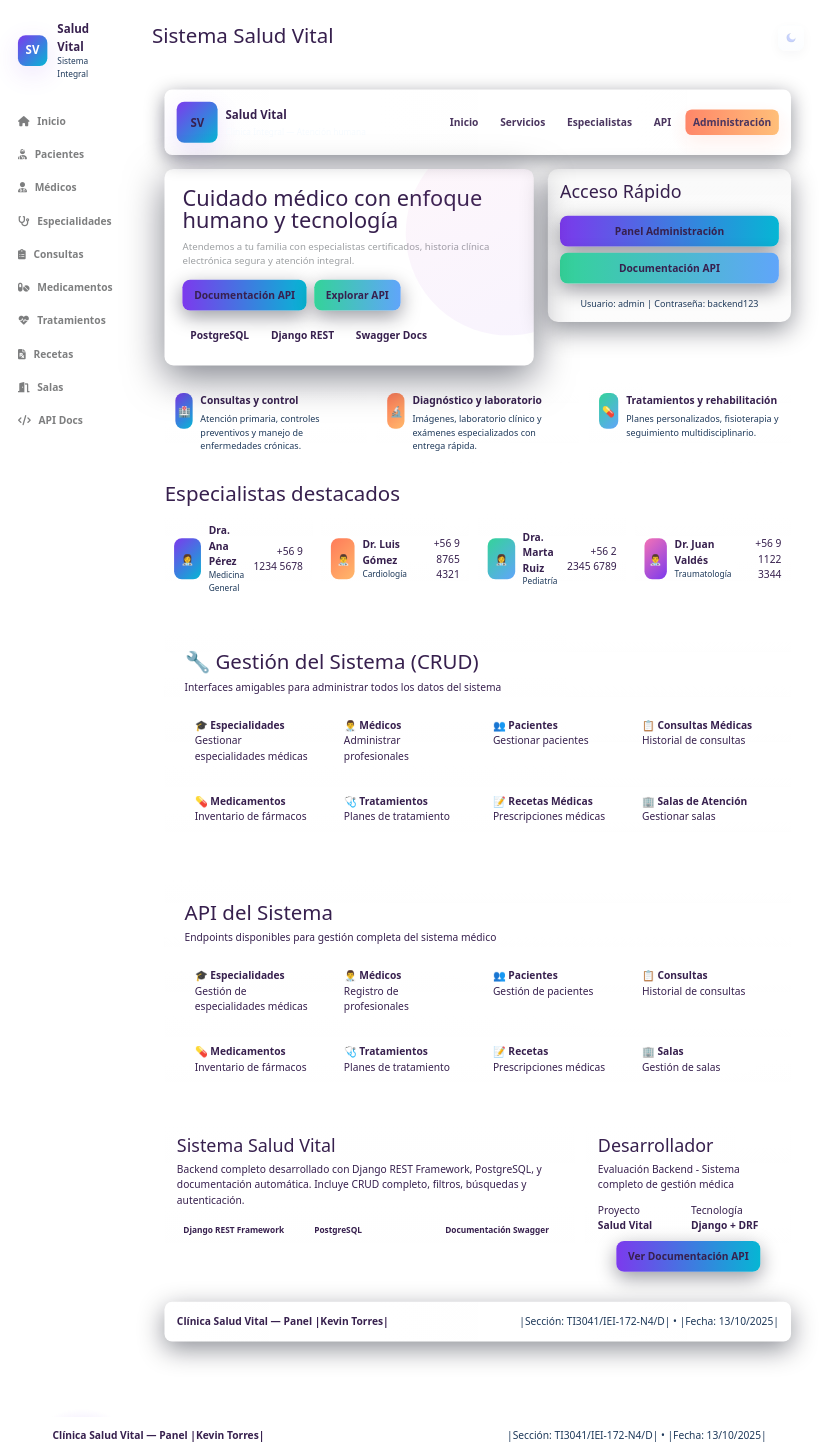
Repository: KeviNozh/eva2_clinica
Page: templates/index.html
The author's editor kept a copy of each file at every save. The page is drawn from the files as they stood at one save, then again after a run of saves.
The browser window is 1280 px wide. The pictures show the whole page, at 64% of full size.
The template is drawn by Django 5.2. The application's start-up code is not run. The template is opened directly, without the code that normally fills it, so the values that code supplies are empty.

Above is the page before, as saved 2025-10-16 00:20:27.

After the next 2 saves:
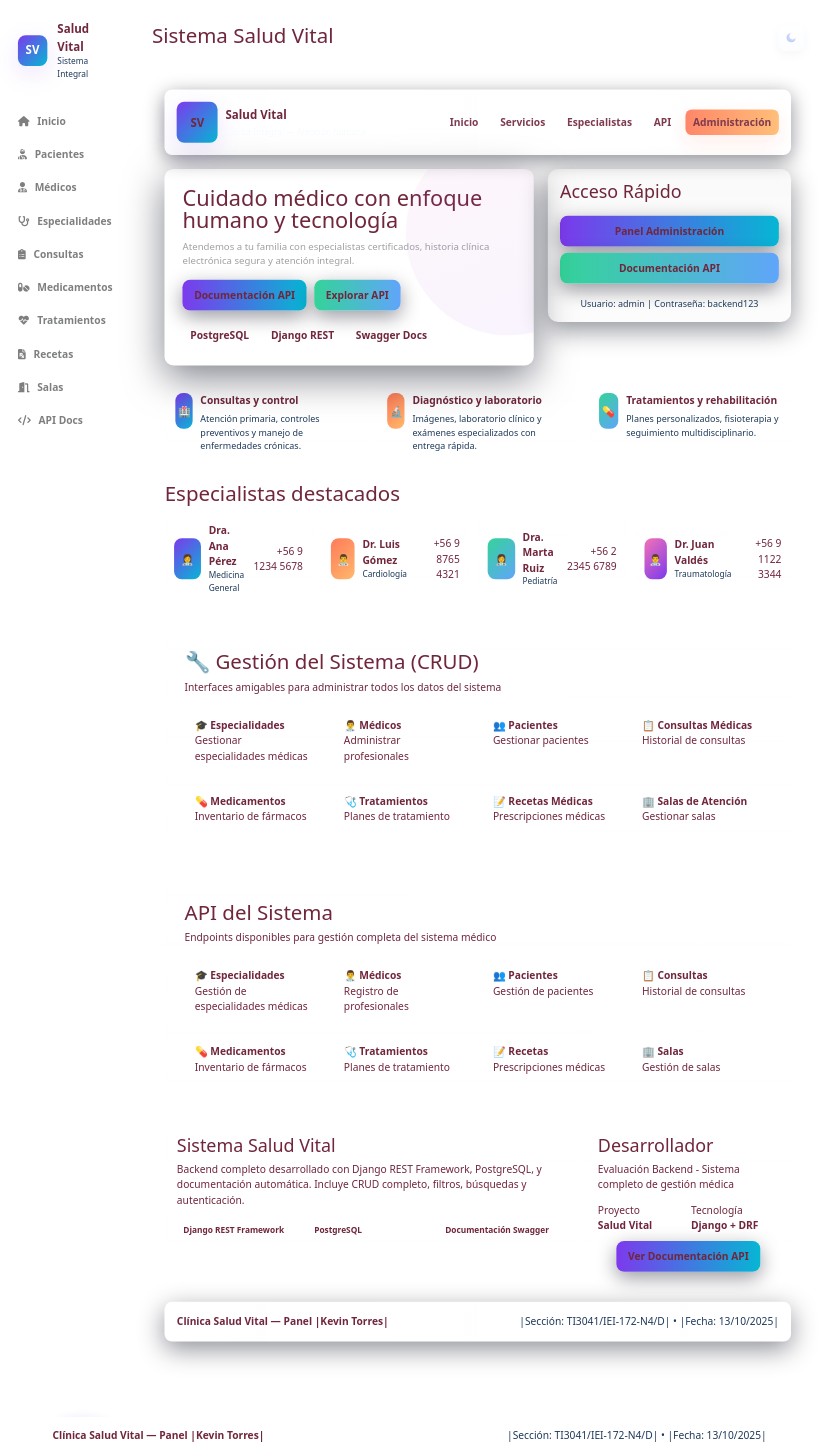
The 2 saves are shown as one change because they came seconds apart.
The last was saved 26 s later.
--- a/templates/index.html
+++ b/templates/index.html
@@ -15,7 +15,7 @@
     --soft-bg:#f6fbff;          /* paneles claros */
     --glass: rgba(224, 255, 246, 0.06);
     --muted:#1e395a;
-    --white: #37204eff;
+    --white: #70263bff;
 
     --c1-start:#7c3aed; --c1-end:#06b6d4;   /* morado -> cian */
     --c2-start:#ff7a59; --c2-end:#ffb86b;   /* naranja -> amarillo */
